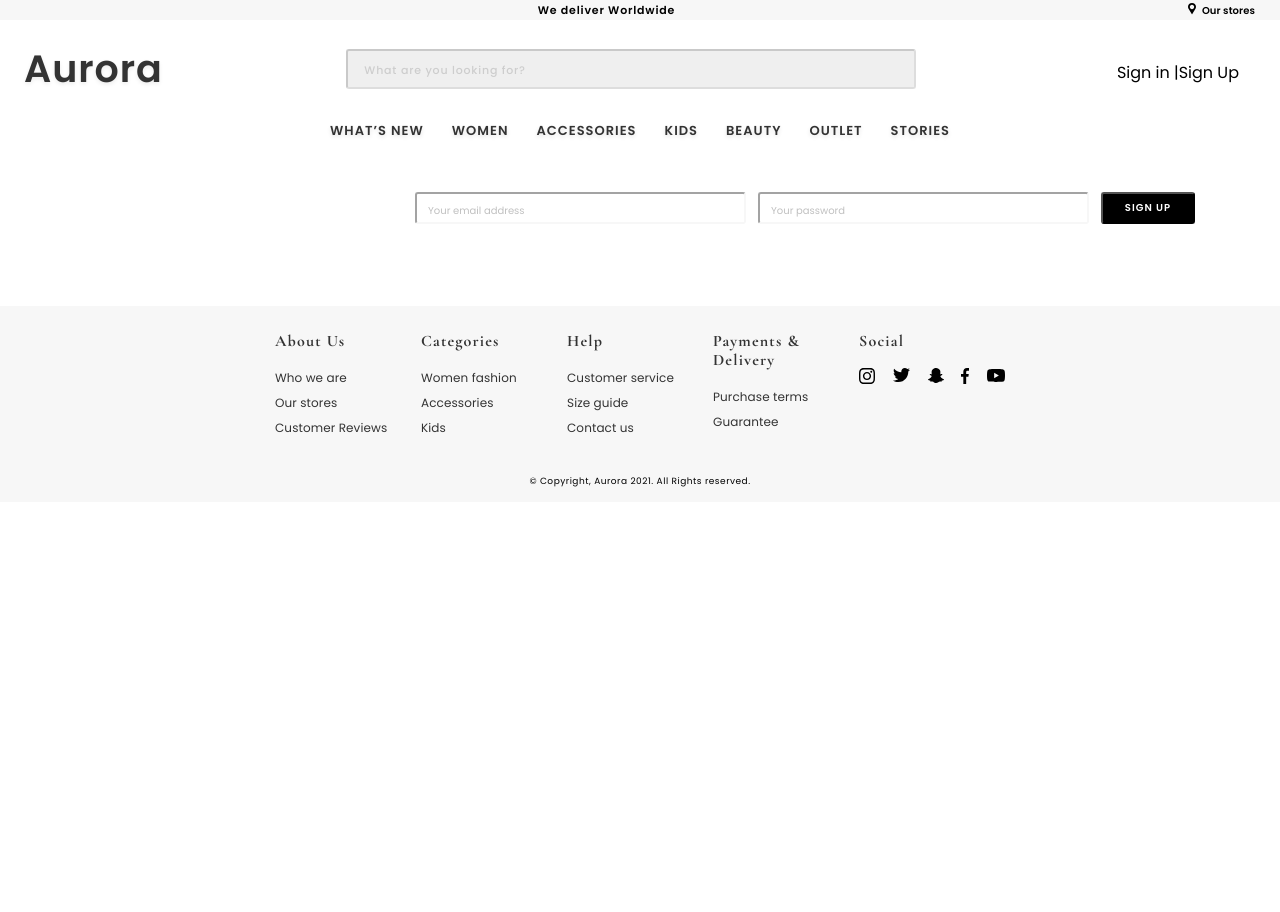
Repository: YuraKrvz/aurora-react-redux-toolkit-firebase
Page: /signUp
The author's editor kept a copy of each file at every save. The page is drawn from the files as they stood at one save, then again after the next save.
The browser window is 1280 px wide. The pictures show the whole page.
The project was rebuilt for these pictures with package versions that can differ from the ones it lists, and the page was loaded fresh each time. Also part of the build but not shown: src/components/MainSection/MainSection.jsx, src/pages/HomeGuest.jsx, src/pages/HomeUser.jsx, src/pages/SignIn.jsx.

Above is the page before, as saved 2021-11-29 13:18:48.

### public/index.html
<!DOCTYPE html>
<html lang="en">
  <head>
    <meta charset="utf-8" />
    <link rel="icon" href="%PUBLIC_URL%/favicon.ico" />
    <meta name="viewport" content="width=device-width, initial-scale=1" />
    <meta name="theme-color" content="#000000" />
    <meta
      name="description"
      content="Web site created using create-react-app"
    />
    <link rel="apple-touch-icon" href="%PUBLIC_URL%/logo192.png" />
    <link rel="manifest" href="%PUBLIC_URL%/manifest.json" />
    <link rel="preconnect" href="https://fonts.googleapis.com">
    <link rel="preconnect" href="https://fonts.googleapis.com">
    <link rel="preconnect" href="https://fonts.gstatic.com" crossorigin>
    <title>React App</title>
  </head>
  <body>
    <noscript>You need to enable JavaScript to run this app.</noscript>
    <div id="root"></div>
  </body>
</html>

### src/index.css
@import '~normalize.css';
@import url('https://fonts.googleapis.com/css2?family=Poppins:wght@100;200;300;400;500;600;700&display=swap');
@import url('https://fonts.googleapis.com/css2?family=Cormorant+Garamond:wght@300;400;500;600;700&display=swap');

*, ::after, ::before {
  margin: 0;
  padding: 0;
  box-sizing: border-box;
  font-family: var(--text-regular-poppins);
  color: var(--color-very-black);
}

:root{
  --text-regular-poppins: 'Poppins';
  --text-cormorant-garamond: 'Cormorant Garamond';

  --color-black: #333333;
  --color-very-black: #000000;
  --color-white:  #FFFFFF;
  --color-silver: #F7F7F7;

  --src-guest: './insta.svg';
  --src-user: './user.svg';
  --bg-wall: var(--src-guest);
}

### src/components/CustomRouter/CustomRouter.jsx
import { Routes, Route } from 'react-router-dom';
import HomeGuest from '../../pages/HomeGuest';
import HomeUser from '../../pages/HomeUser';
import SignIn from '../../pages/SignIn';
import SignUp from '../../pages/SignUp';
import {useAuthorization} from '../../hooks/useAuthorization';

const CustomRouter = () => {
   const {isAuth} = useAuthorization();

   return (
      <>
      <Routes>
         {
         isAuth ? (
            <>
               <Route path='/' element={<HomeUser />} />
               <Route path='/signIn' element={<SignIn />} />
               <Route path='/signUp' element={<SignUp />} />
            </>
         ) : (
            <>
               <Route path='/' element={<HomeGuest />} />
               <Route path='/signIn' element={<SignIn />} />
               <Route path='/signUp' element={<SignUp />} />
            </>
         )
         }
      </Routes>
      </>
   )
}

export default CustomRouter

### src/components/Header/Header.jsx
import React from 'react';
import s from './Header.module.css';
import { NavLink } from 'react-router-dom';
import GlobalSvgSelector from '../../source/GlobalSvgSelector';
import OverHeader from './OverHeader/OverHeader';
import Authorization from '../Authorization/Authorization';

const Header = () => {
   return (
      <>
         <header className={s.header}>
            <OverHeader />
            <div className={s.header_body}>
               <NavLink to='/' className={s.header_title}>Aurora</NavLink>
               <label className={s.input_wrap}>
                  <input className={s.header_searcher} type="text" placeholder="What are you looking for?" />
                  <GlobalSvgSelector className={s.icon} id="fill" color='black' />
               </label>
               <div>
                  <Authorization />
               </div>
            </div>
            <ul className={s.header_list}>
               <li className={s.header_list__item}>what’s new</li>
               <li className={s.header_list__item}>women</li>
               <li className={s.header_list__item}>accessories</li>
               <li className={s.header_list__item}>kids</li>
               <li className={s.header_list__item}>beauty</li>
               <li className={s.header_list__item}>outlet</li>
               <li className={s.header_list__item}>stories</li>
            </ul>
         </header>
      </>
   )
}

export default Header


// HEADER / Aurora
// <h6>{email}</h6>
//    <ul>
//       <li>
//          <NavLink  to='/' >home</NavLink>
//          <NavLink  to='/signIn' >signIn</NavLink>
//          <NavLink  to='/signUp' >signUp</NavLink>
//       </li>
//    </ul>
// </header>

### src/components/Footer/Footer.jsx
import GlobalSvgSelector from '../../source/GlobalSvgSelector';
import s from './Footer.module.css';

function Footer(){
   return (
      <>
         <footer className={s.footer}>
            <div className={s.footer_inner}>
               <div className={s.footer_item}>
                  <h6 className={s.title}>About Us</h6>
                  <ul className={s.list}>
                     <li className={s.text}>Who we are</li>
                     <li className={s.text}>Our stores</li>
                     <li className={s.text}>Customer Reviews</li>
                  </ul>
               </div>
               <div className={s.footer_item}>
                  <h6 className={s.title}>Categories</h6>
                  <ul className={s.list}>
                     <li className={s.text}>Women fashion</li>
                     <li className={s.text}>Accessories</li>
                     <li className={s.text}>Kids</li>
                  </ul>
               </div>
               <div className={s.footer_item}>
                  <h6 className={s.title}>Help</h6>
                  <ul className={s.list}>
                     <li className={s.text}>Customer service</li>
                     <li className={s.text}>Size guide</li>
                     <li className={s.text}>Contact us</li>
                  </ul>
               </div>
               <div className={s.footer_item}>
                  <h6 className={s.title}>Payments & Delivery</h6>
                  <ul className={s.list}>
                     <li className={s.text}>Purchase terms</li>
                     <li className={s.text}>Guarantee</li>
                  </ul>
               </div>
               <div className={s.footer_item}>
                  <h6 className={s.title}>Social</h6>
                  <ul className={s.list}>
                     <li className={s.social_icon}>
                        <a href="#"><GlobalSvgSelector id='instagram' /></a>
                        <a href="#"><GlobalSvgSelector id='twitter' /></a>
                        <a href="#"><GlobalSvgSelector id='snapchat' /></a>
                        <a href="#"><GlobalSvgSelector id='facebook' /></a>
                        <a href="#"><GlobalSvgSelector id='youtube' /></a>
                     </li>
                  </ul>
               </div>
            </div>
            <div className={s.copy_right}>
               <p>© Copyright, Aurora 2021. All Rights reserved.</p>
            </div>
         </footer>
      </>
   )
}

export default Footer

### src/pages/SignUp.jsx
import React, {useRef} from 'react';
import s from '../components/MainSection/MainSection.module.css';
import {signUp} from '../firebase';

const SignUp = () => {
   const emailRef = useRef();
   const passwordRef = useRef();
   async function handler(){
      try{
         await signUp(emailRef.current.value, passwordRef.current.value)
      }
      catch{
         alert('error in sign up')
      }
   }

   return (
      <>
         <div className={s.section_register_field}>
            <div style={{height: '100vh', display: 'flex', flexDirection: 'column'}}>
               <label className={s.input_wrap}>
               <input className={s.section_register_input} ref={emailRef} type="email" placeholder='Your email address' />
               <input className={s.section_register_input} ref={passwordRef} type="password" placeholder='Your password' />
               <button className={s.section_register_btn} onClick={handler} >Sign Up</button>
               </label>
            </div>
         </div>
      </>
   )
}

export default SignUp;

### src/hooks/useAuthorization.jsx
import {useSelector} from 'react-redux';

export function useAuthorization(){
   const {email, id, token} = useSelector(state => state.user);

   return {
      isAuth: !!email,
      email,
      id,
      token,
   }
}

### src/components/Header/Header.module.css
.header{
   width: 100%;
   height: 160px;
   /* background: linear-gradient(180deg, rgba(51, 51, 51, 0.9) 14.31%, rgba(27, 27, 27, 0.469176) 58.6%, rgba(0, 0, 0, 0.0001) 100%); */
   mix-blend-mode: normal;
   /* opacity: 0.24; */
   /* background: rgba(0, 0, 0, 0.1); */
   /* background-color: black; */
}
.header_body{
   display: flex;
   justify-content: space-between;
   align-items: center;
   padding: 0 24px;
}
.header_title{
   margin: 0;
   font-style: normal;
   font-weight: 600;
   font-size: 38px;
   line-height: 57px;
   letter-spacing: 0.95px;
   color: var(--color-black, --color-white);
   text-shadow: 0px 2px 4px rgba(0, 0, 0, 0.08);
   text-decoration: none;
}
.input_wrap{
   position: relative;
}
.header_searcher{
   background-color: silver;
   border-color: none;
   mix-blend-mode: normal;
   opacity: 0.24;
   border-radius: 3px;
   width: 570px;
   height: 40px;
   color: var(--color-very-black);
}
.icon{
   position: absolute;
   width: 17px;
   height: 17px;
   top: 30%;
   right: 10px;
   /* background-color: var(--color-very-black) */
}
.header_searcher::placeholder {
   padding: 16px;
   height: 17px;
   font-weight: 500;
   font-size: 11px;
   line-height: 16px;
   letter-spacing: 0.8px;
   color: var(--color-black, --color-white);
 }
.header_user{
   font-style: normal;
   font-weight: 600;
   font-size: 11px;
   line-height: 16px;
   text-align: right;
   letter-spacing: 1px;
   color: var(--color-black, --color-white);
}
.header_list{
   list-style: none;
   display: flex;
   justify-content: space-between;
   text-transform: uppercase;
   width: 620px;
   margin: 24px auto;
   padding-bottom: 25px;
}
.header_list__item{
   color: var(--color-black, --color-white);
   font-style: normal;
   font-weight: 600;
   font-size: 13px;
   line-height: 19px;
   text-align: center;
   letter-spacing: 1px;
   text-transform: uppercase;
   text-shadow: 0px 2px 4px rgba(0, 0, 0, 0.12);
   cursor: pointer;
}

### src/components/Header/OverHeader/OverHeader.jsx
import GlobalSvgSelector from "../../../source/GlobalSvgSelector"
import s from './OverHeader.module.css';

const OverHeader = () => {
   return (
      <>
         <div className={s.wrapper}>
            <div />
            <h6 className={s.title}>We deliver Worldwide</h6>
            <div className={s.wrapper_text}>
               <GlobalSvgSelector id="shape" />
               <p className={s.text}>Our stores</p>
            </div>
         </div>
      </>
   )
}

export default OverHeader

### src/components/Authorization/Authorization.jsx
import s from './Authorization.module.css';
import GlobalSvgSelector from '../../source/GlobalSvgSelector';
import { useAuthorization } from '../../hooks/useAuthorization';
import { NavLink } from 'react-router-dom';

const Authorization = () => {
   const {isAuth, email, id} = useAuthorization();

   return (
      <>
         {!isAuth ? (
            <div >
               <NavLink to='/signIn' className={s.header_user}>
                  Sign in
               </NavLink>  |
               <NavLink to='/signUp' className={s.header_user}>
                  Sign Up
               </NavLink>
               <GlobalSvgSelector id="basket" color='black'/>
            </div>
         ) : (
            <div className={s.login_field}>
               <p className={s.login}>Hi, {email}!</p>
               <GlobalSvgSelector id="basket" color='black'/>
               {/*<GlobalSvgSelector id="ball" color='black'/>*/}
            </div>
         )}

      </>
   )
}

export default Authorization

### src/components/Footer/Footer.module.css
.footer{
   background-color: var(--color-silver);
}
.footer_inner{
   display: flex;
   justify-content: center;
   padding-top: 26px;
}
.footer_item{
   width: 146px;
   height: 105px;
   margin-bottom: 38px;
}
.title{
   margin-bottom: 17px;
   font-family: var(--text-cormorant-garamond);
   font-size: 16px;
   line-height: 19px;
   letter-spacing: 1.16364px;
   color: var(--color-black);
}
.list{
   list-style: none;
}
.list li {
   cursor: pointer;
}
.social_icon{
   display: flex;
   justify-content: space-between;
}
.text{
   margin-bottom: 6px;
   font-style: normal;
   font-weight: normal;
   font-size: 12px;
   line-height: 19px;
   letter-spacing: 0.1px;
   color: var(--color-black);
}
.copy_right{
   padding-bottom: 14px;
   font-style: normal;
   font-weight: normal;
   font-size: 9px;
   line-height: 13px;
   text-align: center;
   letter-spacing: 0.5px;
   color: var(--color-black);
}

### src/components/MainSection/MainSection.module.css
.section{

   height: 100vh;
   background-position: center;
   background-size: cover;
   background-repeat: no-repeat;
   display: flex;
   flex-direction: column;
}
.guest{
   background-image: url(./insta.svg);
}
.user{
   background-image: url(./user.svg);
}
.title{
   margin: auto;
   font-style: normal;
   font-weight: bold;
   font-size: 60px;
   line-height: 90px;
   text-align: center;
   color: var(--color-white);
}
.section_register_field{
   display: block;
   margin: 32px auto;
   width: 450px;
   height: 82px;
}
.text{
   margin-bottom: 14px;
   font-style: normal;
   font-weight: normal;
   font-size: 12px;
   line-height: 18px;
   letter-spacing: 0.872727px;
   color: var(--color-black);
}
.input_wrap{
   display: flex;
   align-items: center;
}
.section_register_input{
   padding: 7px 0 7px 11px;
   width: 335px;
   height: 32px;
   margin-right: 12px;
   border-radius: 3px;
   border-color: var(--color-silver);
}
.section_register_input::placeholder{
   color: silver;
   font-size: 10px;
}
.section_register_btn{
   min-width: 94px;
   height: 32px;
   border-radius: 3px;
   /* border: transparent; */
   background-color: var(--color-very-black);
   color: var(--color-white);
   font-style: normal;
   font-weight: 600;
   font-size: 10px;
   line-height: 20px;
   text-align: center;
   letter-spacing: 1px;
   text-transform: uppercase;
   cursor: pointer;
}

### src/components/Header/OverHeader/OverHeader.module.css
.wrapper{
   width: 100%;
   height: 20px;
   display: flex;
   justify-content: space-between;
   align-items: center;
   padding: 4px 25px;
   font-weight: 600;
   background-color: var(--color-silver, --color-white);
   margin-bottom: 20px;
}
.title{
   font-style: normal;
   font-weight: 500;
   font-size: 11px;
   line-height: 16px;
   text-align: center;
   letter-spacing: 0.8px;
   font-weight: 600;
}
.wrapper_text{
   display: flex;
}
.text{
   padding-left: 6px;
   font-family: Poppins;
   font-style: normal;
   font-size: 10px;
   line-height: 15px;
   text-align: right;
   letter-spacing: 0.0833333px;
}

### src/components/Authorization/Authorization.module.css
.login_field{
   display: flex;
   align-items: center;
}
.login{
   margin-right: 17px;
   font-style: normal;
   font-weight: 600;
   font-size: 11px;
   line-height: 16px;
   text-align: right;
   letter-spacing: 1px;
   color: var(--color-very-black);
}
.header_user{
   text-decoration: none;
}

Loaded but not shown: src/firebase.js (22 lines, source omitted); src/store/slices/userSlice.js (27 lines, source omitted); src/App.js (23 lines, source omitted); src/index.js (13 lines, source omitted); src/store/index.js (8 lines, source omitted); src/source/GlobalSvgSelector.jsx (88 lines, source omitted)

After the next save:
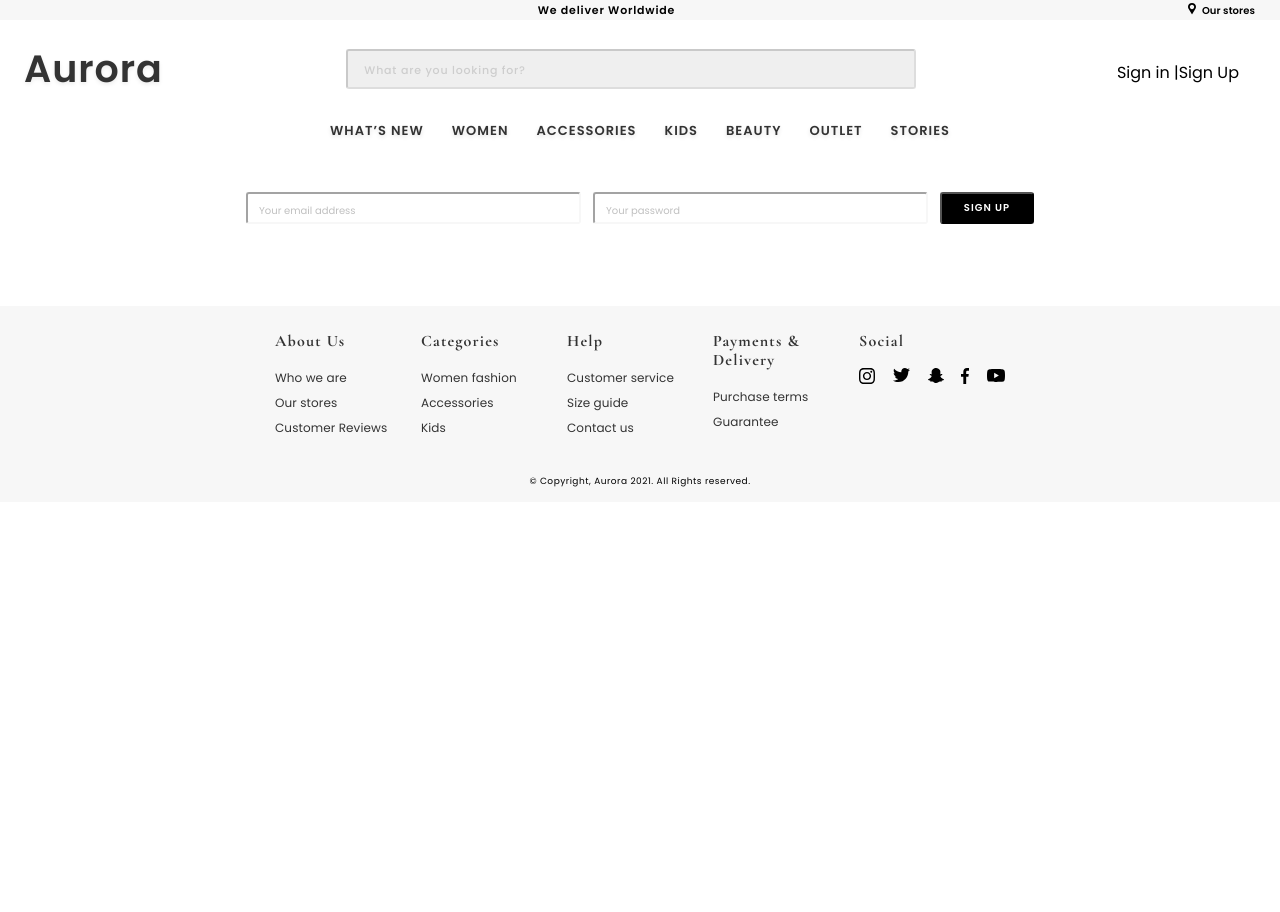
Saved 34 s later.
--- a/src/pages/SignUp.jsx
+++ b/src/pages/SignUp.jsx
@@ -17,7 +17,7 @@ const SignUp = () => {
    return (
       <>
          <div className={s.section_register_field}>
-            <div style={{height: '100vh', display: 'flex', flexDirection: 'column'}}>
+            <div style={{height: '100vh', display: 'flex', flexDirection: 'column', alignItems: 'center'}}>
                <label className={s.input_wrap}>
                <input className={s.section_register_input} ref={emailRef} type="email" placeholder='Your email address' />
                <input className={s.section_register_input} ref={passwordRef} type="password" placeholder='Your password' />
